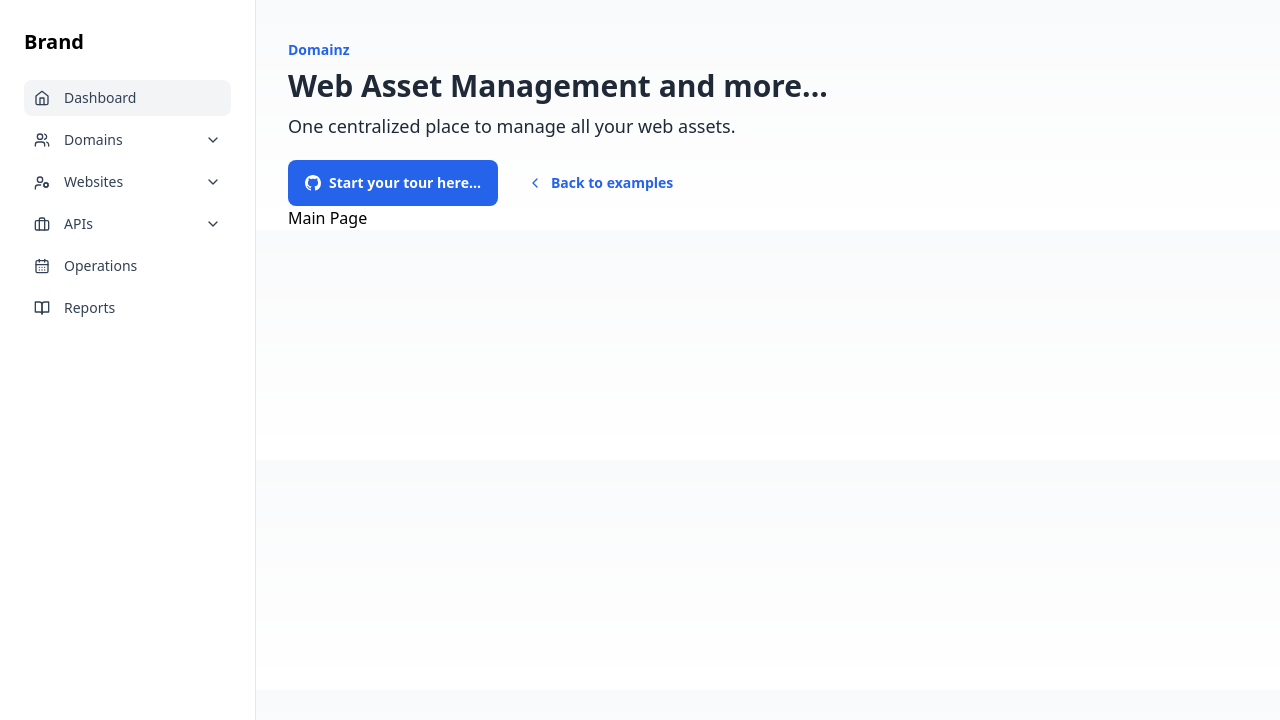
Repository: prodigytutor/my-app
Page: /
The author's editor kept a copy of each file at every save. The page is drawn from the files as they stood at one save, then again after the next save.
The browser window is 1280 px wide. The pictures show the whole page.
The project was rebuilt for these pictures with package versions that can differ from the ones it lists, and the page was loaded fresh each time. The framework's server and built-in components were replaced by stand-ins that run in the browser. Also part of the build but not shown: next.config.js.

Above is the page before, as saved 2023-12-07 14:44:36.

### src/app/layout.tsx
import type { Metadata } from 'next'
import { Inter } from 'next/font/google'
import './globals.css'
import Header from '../components/Header.tsx'

const inter = Inter({ subsets: ['latin'] })

export const metadata: Metadata = {
  title: 'Create Next App',
  description: 'Generated by create next app',
}

export default function RootLayout({
  children,
}: {
  children: React.ReactNode
}) {
  return (
    <html lang="en">
      <body className="bg-gray-50 dark:bg-slate-900 {inter.className}">

  <div className="sticky top-0 inset-x-0 z-20 bg-white border-y px-4 sm:px-6 md:px-8 lg:hidden dark:bg-gray-800 dark:border-gray-700">
    <div className="flex items-center py-4">

      <button type="button" className="text-gray-500 hover:text-gray-600" data-hs-overlay="#application-sidebar" aria-controls="application-sidebar" aria-label="Toggle navigation">
        <span className="sr-only">Toggle Navigation</span>
        <svg className="w-5 h-5" width="16" height="16" fill="currentColor" viewBox="0 0 16 16">
          <path fill-rule="evenodd" d="M2.5 12a.5.5 0 0 1 .5-.5h10a.5.5 0 0 1 0 1H3a.5.5 0 0 1-.5-.5zm0-4a.5.5 0 0 1 .5-.5h10a.5.5 0 0 1 0 1H3a.5.5 0 0 1-.5-.5zm0-4a.5.5 0 0 1 .5-.5h10a.5.5 0 0 1 0 1H3a.5.5 0 0 1-.5-.5z"/>
        </svg>
      </button>

      <ol className="ms-3 flex items-center whitespace-nowrap" aria-label="Breadcrumb">
        <li className="flex items-center text-sm text-gray-800 dark:text-gray-400">
          Application Layout
          <svg className="flex-shrink-0 mx-3 overflow-visible h-2.5 w-2.5 text-gray-400 dark:text-gray-600" width="16" height="16" viewBox="0 0 16 16" fill="none" xmlns="http://www.w3.org/2000/svg">
            <path d="M5 1L10.6869 7.16086C10.8637 7.35239 10.8637 7.64761 10.6869 7.83914L5 14" stroke="currentColor" stroke-width="2" stroke-linecap="round"/>
          </svg>
        </li>
        <li className="text-sm font-semibold text-gray-800 truncate dark:text-gray-400" aria-current="page">
          Dashboard
        </li>
      </ol>
    </div>
  </div>


  <div id="application-sidebar" className="hs-overlay hs-overlay-open:translate-x-0 -translate-x-full transition-all duration-300 transform hidden fixed top-0 start-0 bottom-0 z-[60] w-64 bg-white border-e border-gray-200 pt-7 pb-10 overflow-y-auto lg:block lg:translate-x-0 lg:end-auto lg:bottom-0 [&::-webkit-scrollbar]:w-2 [&::-webkit-scrollbar-thumb]:rounded-full [&::-webkit-scrollbar-track]:bg-gray-100 [&::-webkit-scrollbar-thumb]:bg-gray-300 dark:[&::-webkit-scrollbar-track]:bg-slate-700 dark:[&::-webkit-scrollbar-thumb]:bg-slate-500 dark:bg-gray-800 dark:border-gray-700">
    <div className="px-6">
      <a className="flex-none text-xl font-semibold dark:text-white" href="#" aria-label="Brand">Brand</a>
    </div>

    <nav className="hs-accordion-group p-6 w-full flex flex-col flex-wrap" data-hs-accordion-always-open>
      <ul className="space-y-1.5">
        <li>
          <a className="flex items-center gap-x-3.5 py-2 px-2.5 bg-gray-100 text-sm text-slate-700 rounded-lg hover:bg-gray-100 dark:bg-gray-900 dark:text-white dark:focus:outline-none dark:focus:ring-1 dark:focus:ring-gray-600" href="#">
            <svg className="flex-shrink-0 w-4 h-4" xmlns="http://www.w3.org/2000/svg" width="24" height="24" viewBox="0 0 24 24" fill="none" stroke="currentColor" stroke-width="2" stroke-linecap="round" stroke-linejoin="round" ><path d="m3 9 9-7 9 7v11a2 2 0 0 1-2 2H5a2 2 0 0 1-2-2z"/><polyline points="9 22 9 12 15 12 15 22"/></svg>
            Dashboard
          </a>
        </li>

        <li className="hs-accordion" id="users-accordion">
          <button type="button" className="hs-accordion-toggle w-full text-start flex items-center gap-x-3.5 py-2 px-2.5 hs-accordion-active:text-blue-600 hs-accordion-active:hover:bg-transparent text-sm text-slate-700 rounded-lg hover:bg-gray-100 dark:bg-gray-800 dark:hover:bg-gray-900 dark:text-slate-400 dark:hover:text-slate-300 dark:hs-accordion-active:text-white dark:focus:outline-none dark:focus:ring-1 dark:focus:ring-gray-600">
            <svg className="flex-shrink-0 w-4 h-4" xmlns="http://www.w3.org/2000/svg" width="24" height="24" viewBox="0 0 24 24" fill="none" stroke="currentColor" stroke-width="2" stroke-linecap="round" stroke-linejoin="round" ><path d="M16 21v-2a4 4 0 0 0-4-4H6a4 4 0 0 0-4 4v2"/><circle cx="9" cy="7" r="4"/><path d="M22 21v-2a4 4 0 0 0-3-3.87"/><path d="M16 3.13a4 4 0 0 1 0 7.75"/></svg>
            Domains

            <svg className="hs-accordion-active:block ms-auto hidden w-4 h-4" xmlns="http://www.w3.org/2000/svg" width="24" height="24" viewBox="0 0 24 24" fill="none" stroke="currentColor" stroke-width="2" stroke-linecap="round" stroke-linejoin="round"><path d="m18 15-6-6-6 6"/></svg>

            <svg className="hs-accordion-active:hidden ms-auto block w-4 h-4" xmlns="http://www.w3.org/2000/svg" width="24" height="24" viewBox="0 0 24 24" fill="none" stroke="currentColor" stroke-width="2" stroke-linecap="round" stroke-linejoin="round"><path d="m6 9 6 6 6-6"/></svg>
          </button>

          <div id="users-accordion-sub" className="hs-accordion-content w-full overflow-hidden transition-[height] duration-300 hidden">
            <ul className="hs-accordion-group ps-3 pt-2" data-hs-accordion-always-open>
              <li className="hs-accordion" id="users-accordion-sub-1">
                <button type="button" className="hs-accordion-toggle w-full text-start flex items-center gap-x-3.5 py-2 px-2.5 hs-accordion-active:text-blue-600 hs-accordion-active:hover:bg-transparent text-sm text-slate-700 rounded-lg hover:bg-gray-100 dark:bg-gray-800 dark:hover:bg-gray-900 dark:text-slate-400 dark:hover:text-slate-300 dark:hs-accordion-active:text-white dark:focus:outline-none dark:focus:ring-1 dark:focus:ring-gray-600">
                  Add New

                  <svg className="hs-accordion-active:block ms-auto hidden w-4 h-4" xmlns="http://www.w3.org/2000/svg" width="24" height="24" viewBox="0 0 24 24" fill="none" stroke="currentColor" stroke-width="2" stroke-linecap="round" stroke-linejoin="round"><path d="m18 15-6-6-6 6"/></svg>

                  <svg className="hs-accordion-active:hidden ms-auto block w-4 h-4" xmlns="http://www.w3.org/2000/svg" width="24" height="24" viewBox="0 0 24 24" fill="none" stroke="currentColor" stroke-width="2" stroke-linecap="round" stroke-linejoin="round"><path d="m6 9 6 6 6-6"/></svg>
                </button>

                <div id="users-accordion-sub-1-child" className="hs-accordion-content w-full overflow-hidden transition-[height] duration-300 hidden">
                  <ul className="pt-2 ps-2">
                    <li>
                      <a className="flex items-center gap-x-3.5 py-2 px-2.5 text-sm text-slate-700 rounded-lg hover:bg-gray-100 dark:bg-gray-800 dark:text-slate-400 dark:hover:text-slate-300 dark:focus:outline-none dark:focus:ring-1 dark:focus:ring-gray-600" href="#">
                        Link 1
                      </a>
                    </li>
                    <li>
                      <a className="flex items-center gap-x-3.5 py-2 px-2.5 text-sm text-slate-700 rounded-lg hover:bg-gray-100 dark:bg-gray-800 dark:text-slate-400 dark:hover:text-slate-300 dark:focus:outline-none dark:focus:ring-1 dark:focus:ring-gray-600" href="#">
                        Link 2
                      </a>
                    </li>
                    <li>
                      <a className="flex items-center gap-x-3.5 py-2 px-2.5 text-sm text-slate-700 rounded-lg hover:bg-gray-100 dark:bg-gray-800 dark:text-slate-400 dark:hover:text-slate-300 dark:focus:outline-none dark:focus:ring-1 dark:focus:ring-gray-600" href="#">
                        Link 3
                      </a>
                    </li>
                  </ul>
                </div>
              </li>
              <li className="hs-accordion" id="users-accordion-sub-2">
                <button type="button" className="hs-accordion-toggle w-full text-start flex items-center gap-x-3.5 py-2 px-2.5 hs-accordion-active:text-blue-600 hs-accordion-active:hover:bg-transparent text-sm text-slate-700 rounded-lg hover:bg-gray-100 dark:bg-gray-800 dark:hover:bg-gray-900 dark:text-slate-400 dark:hover:text-slate-300 dark:hs-accordion-active:text-white dark:focus:outline-none dark:focus:ring-1 dark:focus:ring-gray-600">
                  Tools

                  <svg className="hs-accordion-active:block ms-auto hidden w-4 h-4" xmlns="http://www.w3.org/2000/svg" width="24" height="24" viewBox="0 0 24 24" fill="none" stroke="currentColor" stroke-width="2" stroke-linecap="round" stroke-linejoin="round"><path d="m18 15-6-6-6 6"/></svg>

                  <svg className="hs-accordion-active:hidden ms-auto block w-4 h-4" xmlns="http://www.w3.org/2000/svg" width="24" height="24" viewBox="0 0 24 24" fill="none" stroke="currentColor" stroke-width="2" stroke-linecap="round" stroke-linejoin="round"><path d="m6 9 6 6 6-6"/></svg>
                </button>

                <div id="users-accordion-sub-2-child" className="hs-accordion-content w-full overflow-hidden transition-[height] duration-300 hidden ps-2">
                  <ul className="pt-2 ps-2">
                    <li>
                      <a className="flex items-center gap-x-3.5 py-2 px-2.5 text-sm text-slate-700 rounded-lg hover:bg-gray-100 dark:bg-gray-800 dark:text-slate-400 dark:hover:text-slate-300 dark:focus:outline-none dark:focus:ring-1 dark:focus:ring-gray-600" href="#">
                        Link 1
                      </a>
                    </li>
                    <li>
                      <a className="flex items-center gap-x-3.5 py-2 px-2.5 text-sm text-slate-700 rounded-lg hover:bg-gray-100 dark:bg-gray-800 dark:text-slate-400 dark:hover:text-slate-300 dark:focus:outline-none dark:focus:ring-1 dark:focus:ring-gray-600" href="#">
                        Link 2
                      </a>
                    </li>
                    <li>
                      <a className="flex items-center gap-x-3.5 py-2 px-2.5 text-sm text-slate-700 rounded-lg hover:bg-gray-100 dark:bg-gray-800 dark:text-slate-400 dark:hover:text-slate-300 dark:focus:outline-none dark:focus:ring-1 dark:focus:ring-gray-600" href="#">
                        Link 3
                      </a>
                    </li>
                  </ul>
                </div>
              </li>
            </ul>
          </div>
        </li>

        <li className="hs-accordion" id="account-accordion">
          <button type="button" className="hs-accordion-toggle w-full text-start flex items-center gap-x-3.5 py-2 px-2.5 hs-accordion-active:text-blue-600 hs-accordion-active:hover:bg-transparent text-sm text-slate-700 rounded-lg hover:bg-gray-100 dark:bg-gray-800 dark:hover:bg-gray-900 dark:text-slate-400 dark:hover:text-slate-300 dark:hs-accordion-active:text-white dark:focus:outline-none dark:focus:ring-1 dark:focus:ring-gray-600">
            <svg className="flex-shrink-0 mt-0.5 w-4 h-4" xmlns="http://www.w3.org/2000/svg" width="24" height="24" viewBox="0 0 24 24" fill="none" stroke="currentColor" stroke-width="2" stroke-linecap="round" stroke-linejoin="round"><circle cx="18" cy="15" r="3"/><circle cx="9" cy="7" r="4"/><path d="M10 15H6a4 4 0 0 0-4 4v2"/><path d="m21.7 16.4-.9-.3"/><path d="m15.2 13.9-.9-.3"/><path d="m16.6 18.7.3-.9"/><path d="m19.1 12.2.3-.9"/><path d="m19.6 18.7-.4-1"/><path d="m16.8 12.3-.4-1"/><path d="m14.3 16.6 1-.4"/><path d="m20.7 13.8 1-.4"/></svg>
            Websites

            <svg className="hs-accordion-active:block ms-auto hidden w-4 h-4" xmlns="http://www.w3.org/2000/svg" width="24" height="24" viewBox="0 0 24 24" fill="none" stroke="currentColor" stroke-width="2" stroke-linecap="round" stroke-linejoin="round"><path d="m18 15-6-6-6 6"/></svg>

            <svg className="hs-accordion-active:hidden ms-auto block w-4 h-4" xmlns="http://www.w3.org/2000/svg" width="24" height="24" viewBox="0 0 24 24" fill="none" stroke="currentColor" stroke-width="2" stroke-linecap="round" stroke-linejoin="round"><path d="m6 9 6 6 6-6"/></svg>
          </button>

          <div id="account-accordion-sub" className="hs-accordion-content w-full overflow-hidden transition-[height] duration-300 hidden">
            <ul className="pt-2 ps-2">
              <li>
                <a className="flex items-center gap-x-3.5 py-2 px-2.5 text-sm text-slate-700 rounded-lg hover:bg-gray-100 dark:bg-gray-800 dark:text-slate-400 dark:hover:text-slate-300 dark:focus:outline-none dark:focus:ring-1 dark:focus:ring-gray-600" href="#">
                  Link 1
                </a>
              </li>
              <li>
                <a className="flex items-center gap-x-3.5 py-2 px-2.5 text-sm text-slate-700 rounded-lg hover:bg-gray-100 dark:bg-gray-800 dark:text-slate-400 dark:hover:text-slate-300 dark:focus:outline-none dark:focus:ring-1 dark:focus:ring-gray-600" href="#">
                  Link 2
                </a>
              </li>
              <li>
                <a className="flex items-center gap-x-3.5 py-2 px-2.5 text-sm text-slate-700 rounded-lg hover:bg-gray-100 dark:bg-gray-800 dark:text-slate-400 dark:hover:text-slate-300 dark:focus:outline-none dark:focus:ring-1 dark:focus:ring-gray-600" href="#">
                  Link 3
                </a>
              </li>
            </ul>
          </div>
        </li>

        <li className="hs-accordion" id="projects-accordion">
          <button type="button" className="hs-accordion-toggle w-full text-start flex items-center gap-x-3.5 py-2 px-2.5 hs-accordion-active:text-blue-600 hs-accordion-active:hover:bg-transparent text-sm text-slate-700 rounded-lg hover:bg-gray-100 dark:bg-gray-800 dark:hover:bg-gray-900 dark:text-slate-400 dark:hover:text-slate-300 dark:hs-accordion-active:text-white dark:focus:outline-none dark:focus:ring-1 dark:focus:ring-gray-600">
            <svg className="flex-shrink-0 w-4 h-4" xmlns="http://www.w3.org/2000/svg" width="24" height="24" viewBox="0 0 24 24" fill="none" stroke="currentColor" stroke-width="2" stroke-linecap="round" stroke-linejoin="round"><rect width="20" height="14" x="2" y="7" rx="2" ry="2"/><path d="M16 21V5a2 2 0 0 0-2-2h-4a2 2 0 0 0-2 2v16"/></svg>
            APIs

            <svg className="hs-accordion-active:block ms-auto hidden w-4 h-4" xmlns="http://www.w3.org/2000/svg" width="24" height="24" viewBox="0 0 24 24" fill="none" stroke="currentColor" stroke-width="2" stroke-linecap="round" stroke-linejoin="round"><path d="m18 15-6-6-6 6"/></svg>

            <svg className="hs-accordion-active:hidden ms-auto block w-4 h-4" xmlns="http://www.w3.org/2000/svg" width="24" height="24" viewBox="0 0 24 24" fill="none" stroke="currentColor" stroke-width="2" stroke-linecap="round" stroke-linejoin="round"><path d="m6 9 6 6 6-6"/></svg>
          </button>

          <div id="projects-accordion-sub" className="hs-accordion-content w-full overflow-hidden transition-[height] duration-300 hidden">
            <ul className="pt-2 ps-2">
              <li>
                <a className="flex items-center gap-x-3.5 py-2 px-2.5 text-sm text-slate-700 rounded-lg hover:bg-gray-100 dark:bg-gray-800 dark:text-slate-400 dark:hover:text-slate-300 dark:focus:outline-none dark:focus:ring-1 dark:focus:ring-gray-600" href="#">
                  Link 1
                </a>
              </li>
              <li>
                <a className="flex items-center gap-x-3.5 py-2 px-2.5 text-sm text-slate-700 rounded-lg hover:bg-gray-100 dark:bg-gray-800 dark:text-slate-400 dark:hover:text-slate-300 dark:focus:outline-none dark:focus:ring-1 dark:focus:ring-gray-600" href="#">
                  Link 2
                </a>
              </li>
              <li>
                <a className="flex items-center gap-x-3.5 py-2 px-2.5 text-sm text-slate-700 rounded-lg hover:bg-gray-100 dark:bg-gray-800 dark:text-slate-400 dark:hover:text-slate-300 dark:focus:outline-none dark:focus:ring-1 dark:focus:ring-gray-600" href="#">
                  Link 3
                </a>
              </li>
            </ul>
          </div>
        </li>

        <li><a className="w-full flex items-center gap-x-3.5 py-2 px-2.5 text-sm text-slate-700 rounded-lg hover:bg-gray-100 dark:hover:bg-gray-900 dark:text-slate-400 dark:hover:text-slate-300 dark:focus:outline-none dark:focus:ring-1 dark:focus:ring-gray-600" href="#">
          <svg className="flex-shrink-0 w-4 h-4" xmlns="http://www.w3.org/2000/svg" width="24" height="24" viewBox="0 0 24 24" fill="none" stroke="currentColor" stroke-width="2" stroke-linecap="round" stroke-linejoin="round"><rect width="18" height="18" x="3" y="4" rx="2" ry="2"/><line x1="16" x2="16" y1="2" y2="6"/><line x1="8" x2="8" y1="2" y2="6"/><line x1="3" x2="21" y1="10" y2="10"/><path d="M8 14h.01"/><path d="M12 14h.01"/><path d="M16 14h.01"/><path d="M8 18h.01"/><path d="M12 18h.01"/><path d="M16 18h.01"/></svg>
          Operations
        </a></li>
        <li><a className="w-full flex items-center gap-x-3.5 py-2 px-2.5 text-sm text-slate-700 rounded-lg hover:bg-gray-100 dark:hover:bg-gray-900 dark:text-slate-400 dark:hover:text-slate-300 dark:focus:outline-none dark:focus:ring-1 dark:focus:ring-gray-600" href="#">
          <svg className="flex-shrink-0 w-4 h-4" xmlns="http://www.w3.org/2000/svg" width="24" height="24" viewBox="0 0 24 24" fill="none" stroke="currentColor" stroke-width="2" stroke-linecap="round" stroke-linejoin="round"><path d="M2 3h6a4 4 0 0 1 4 4v14a3 3 0 0 0-3-3H2z"/><path d="M22 3h-6a4 4 0 0 0-4 4v14a3 3 0 0 1 3-3h7z"/></svg>
          Reports
        </a></li>
      </ul>
    </nav>
  </div>
  <div className="w-full pt-10 px-4 sm:px-6 md:px-8 lg:ps-72">
    <Header />
    {children}
  </div>
  <div>

  </div>
</body>
</html>
  )
}

### src/app/page.tsx
import Image from 'next/image'

export default function Home() {
  return (
    <main>
    <p>Main Page</p>
    </main>
   )
}

### src/components/Header.tsx
import * as React from 'react';

export interface IAppProps {
    title: string,
    body: string
}

const header: React.FC<IAppProps> = () => {
    return (
        <header>
        <p className="mb-2 text-sm font-semibold text-blue-600">Domainz</p>
        <h1 className="block text-2xl font-bold text-gray-800 sm:text-3xl dark:text-white">Web Asset Management and more...</h1>
        <p className="mt-2 text-lg text-gray-800 dark:text-gray-400">One centralized place to manage all your web assets.</p>
        <div className="mt-5 flex flex-col items-center gap-2 sm:flex-row sm:gap-3">
          <a className="w-full sm:w-auto py-3 px-4 inline-flex justify-center items-center gap-x-2 text-sm font-semibold rounded-lg border border-transparent bg-blue-600 text-white hover:bg-blue-700 disabled:opacity-50 disabled:pointer-events-none dark:focus:outline-none dark:focus:ring-1 dark:focus:ring-gray-600" href="https://github.com/htmlstreamofficial/preline/tree/main/examples/html" target="_blank">
            <svg className="flex-shrink-0 w-4 h-4" xmlns="http://www.w3.org/2000/svg" width="16" height="16" fill="currentColor" viewBox="0 0 16 16">
              <path d="M8 0C3.58 0 0 3.58 0 8c0 3.54 2.29 6.53 5.47 7.59.4.07.55-.17.55-.38 0-.19-.01-.82-.01-1.49-2.01.37-2.53-.49-2.69-.94-.09-.23-.48-.94-.82-1.13-.28-.15-.68-.52-.01-.53.63-.01 1.08.58 1.23.82.72 1.21 1.87.87 2.33.66.07-.52.28-.87.51-1.07-1.78-.2-3.64-.89-3.64-3.95 0-.87.31-1.59.82-2.15-.08-.2-.36-1.02.08-2.12 0 0 .67-.21 2.2.82.64-.18 1.32-.27 2-.27.68 0 1.36.09 2 .27 1.53-1.04 2.2-.82 2.2-.82.44 1.1.16 1.92.08 2.12.51.56.82 1.27.82 2.15 0 3.07-1.87 3.75-3.65 3.95.29.25.54.73.54 1.48 0 1.07-.01 1.93-.01 2.2 0 .21.15.46.55.38A8.012 8.012 0 0 0 16 8c0-4.42-3.58-8-8-8z"/>
            </svg>
            Start your tour here...
          </a>
          <a className="w-full sm:w-auto py-3 px-4 inline-flex justify-center items-center gap-x-2 text-sm font-semibold rounded-lg border border-transparent text-blue-600 hover:text-blue-800 disabled:opacity-50 disabled:pointer-events-none dark:text-blue-500 dark:hover:text-blue-400 dark:focus:outline-none dark:focus:ring-1 dark:focus:ring-gray-600" href="../examples.html">
            <svg className="flex-shrink-0 w-4 h-4" xmlns="http://www.w3.org/2000/svg" width="24" height="24" viewBox="0 0 24 24" fill="none" stroke="currentColor" stroke-width="2" stroke-linecap="round" stroke-linejoin="round"><path d="m15 18-6-6 6-6"/></svg>
            Back to examples
          </a>
        </div>
      </header>
    );
  }

export default header;

Loaded but not shown: src/app/globals.css (common file); tailwind.config.ts (common file)

After the next save:
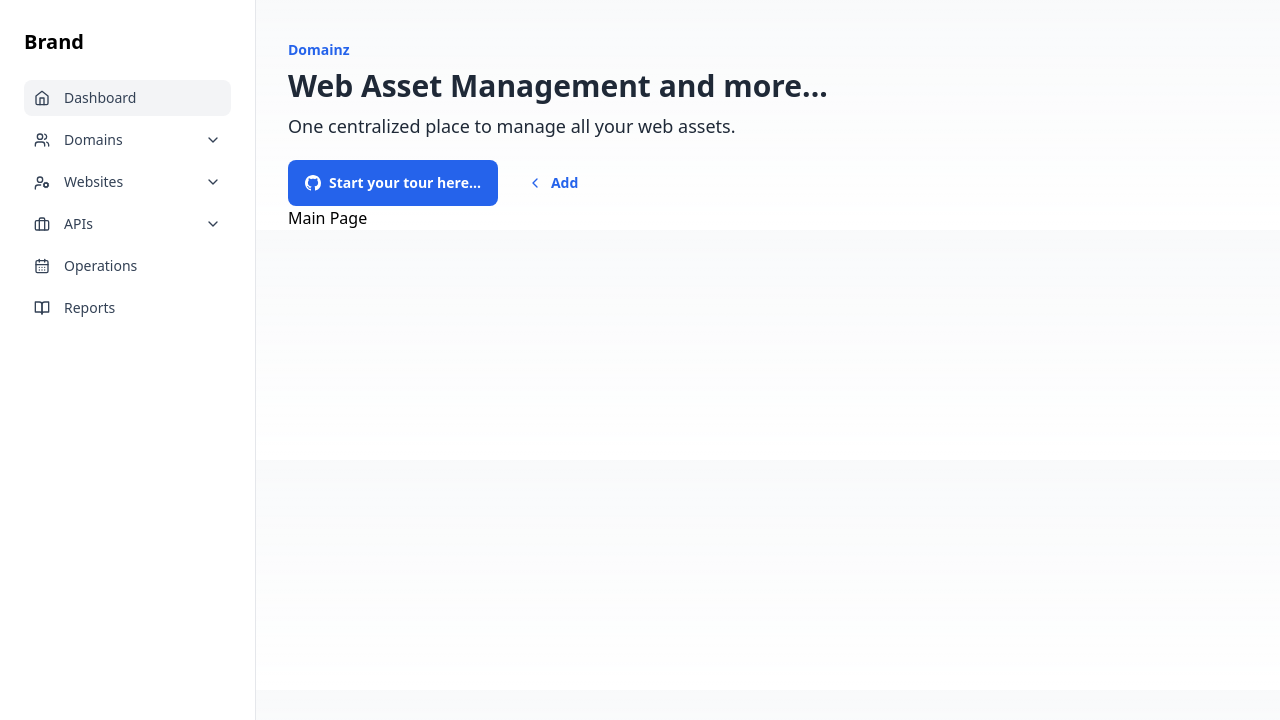
Saved 12 s later.
--- a/src/components/Header.tsx
+++ b/src/components/Header.tsx
@@ -20,7 +20,7 @@ const header: React.FC<IAppProps> = () => {
           </a>
           <a className="w-full sm:w-auto py-3 px-4 inline-flex justify-center items-center gap-x-2 text-sm font-semibold rounded-lg border border-transparent text-blue-600 hover:text-blue-800 disabled:opacity-50 disabled:pointer-events-none dark:text-blue-500 dark:hover:text-blue-400 dark:focus:outline-none dark:focus:ring-1 dark:focus:ring-gray-600" href="../examples.html">
             <svg className="flex-shrink-0 w-4 h-4" xmlns="http://www.w3.org/2000/svg" width="24" height="24" viewBox="0 0 24 24" fill="none" stroke="currentColor" stroke-width="2" stroke-linecap="round" stroke-linejoin="round"><path d="m15 18-6-6 6-6"/></svg>
-            Back to examples
+            Add
           </a>
         </div>
       </header>
